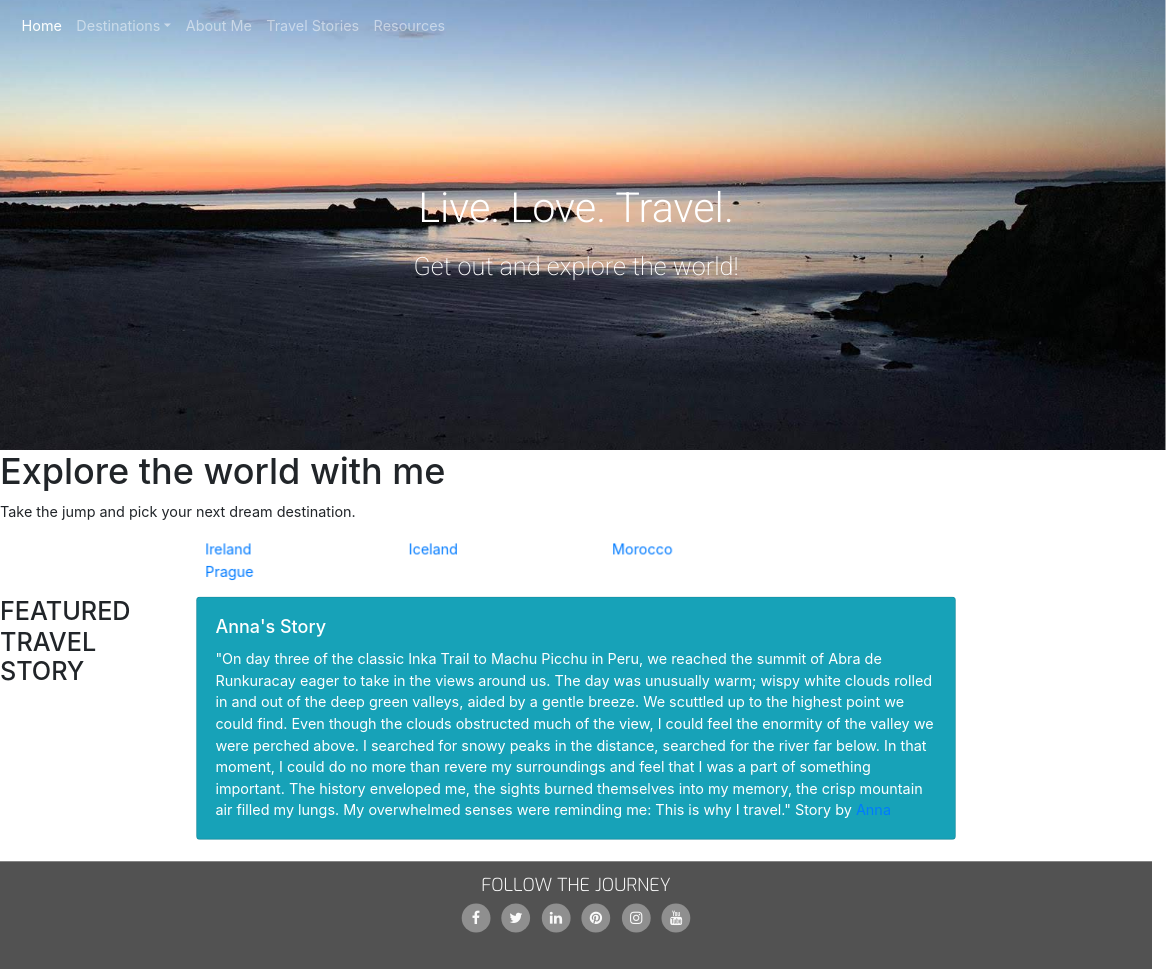
Repository: lhynes/User-Centric-Frontend-Development-Milestone-Project
Page: index.html
The author's editor kept a record of every edit. The page is drawn from the files as they stood at one moment, then again after the next edit.
The browser window is 1280 px wide. The page is 1295 px wide, so the pictures cover 1295 px, including what lies to the right of the window. The pictures show the whole page, at 90% of full size.
Some web libraries are served in a nearby version.

Above is the page before.

### index.html
<!DOCTYPE html>
<html lang="en">

<head>
    <meta charset="UTF-8">
    <meta name="viewport" content="width=device-width, initial-scale=1.0">
    <meta http-equiv="X-UA-Compatible" content="ie=edge">
    <!--access exrtenal links - bootstrap cdn - https://www.bootstrapcdn.com/-->
    <link rel="stylesheet" href="https://stackpath.bootstrapcdn.com/bootstrap/4.3.1/css/bootstrap.min.css" type="text/css" />
    <script src="https://ajax.googleapis.com/ajax/libs/jquery/3.3.1/jquery.min.js"></script>
    <script src="https://cdnjs.cloudflare.com/ajax/libs/popper.js/1.12.9/umd/popper.min.js"></script>
    <script src="https://maxcdn.bootstrapcdn.com/bootstrap/4.0.0/js/bootstrap.min.js"></script>




    <!--access exrtenal links - fontAwesome cdn - https://www.bootstrapcdn.com/-->
    <link rel="stylesheet" href="https://stackpath.bootstrapcdn.com/font-awesome/4.7.0/css/font-awesome.min.css" type="text/css" />
    <!--CdN to access hover CSS-->
    <link rel="stylesheet" href="https://cdnjs.cloudflare.com/ajax/libs/hover.css/2.3.1/css/hover-min.css" type="text/css" />
    <!-- project CSS style sheet-->
    <link rel="stylesheet" href="assets/css/style.css" type="text/css" />
    <script src="//maxcdn.bootstrapcdn.com/bootstrap/3.3.0/js/bootstrap.min.js"></script>
    <script src="//code.jquery.com/jquery-1.11.1.min.js"></script>
    <title>Live.Love.Travel.</title>
</head>

<body>
    <header>
        <!-- hero image and nagivation section-->
        <div class="row hero">
            <!--nav-->
            <div class="col-md-12">
                <!--Navbar - https://mdbootstrap.com/snippets/jquery/ascensus/145608-->
                <nav class="navbar navbar-expand-lg navbar-dark primary-color">
                    <!-- Collapse button to ensure correct for mobile view -->
                    <button class="navbar-toggler" type="button" data-toggle="collapse" data-target="#basicExampleNav" aria-controls="basicExampleNav" aria-expanded="false" aria-label="Toggle navigation">
        <span class="navbar-toggler-icon"></span>
      </button>

                    <!-- Collapsible content -->
                    <div class="collapse navbar-collapse" id="basicExampleNav">

                        <!-- Links -->
                        <ul class="navbar-nav mr-auto">
                            <li class="nav-item active">
                                <a class="nav-link" href="index.html">Home
              <span class="sr-only">(current)</span>
            </a>
                            </li>

                            <!-- Dropdown for destinations -->
                            <li class="nav-item dropdown">
                                <a class="nav-link dropdown-toggle" id="navbarDropdownMenuLink1" data-toggle="dropdown" aria-haspopup="true" aria-expanded="false">Destinations</a>
                                <div class="dropdown-menu dropdown-primary" aria-labelledby="navbarDropdownMenuLink1">
                                    <a class="dropdown-item" href="ireland.html">Ireland</a>
                                    <a class="dropdown-item" href="iceland.html">Iceland</a>
                                    <a class="dropdown-item" href="morocco.html">Morocco</a>
                                    <a class="dropdown-item" href="prague.html">Prague</a>
                                </div>
                            </li>
                            <li class="nav-item">
                                <a class="nav-link" href="aboutme.html">About Me</a>
                            </li>


                            <li class="nav-item">
                                <a class="nav-link" href="travelstories">Travel Stories</a>
                            </li>
                            <li class="nav-item">
                                <a class="nav-link" href="resources">Resources</a>
                            </li>
                        </ul>
                </nav>

                </div>
                <!-- Tagline-->
                <div class="col-md-12">
                    <div class="row no-gutters bg-color-name-title">
                        <div class="col heading">
                            <h1 class="hero-title">Live. Love. Travel.</h1>
                            <h2 class="hero-subtitle">Get out and explore the world!</h2>
                        </div>
                    </div>
                </div>

            </div>
    </header>

    <!-- Main content section -->
    <section>
        <div class="row">
            <div class="col homepageWelcomeMessage">
                <h1> Explore the world with me</h1>
                <p>Take the jump and pick your next dream destination.
                </p>
            </div>
        </div>

        <div class="row no-gutters">
            <div class="col-md-2">

            </div>
            <div class="col-md-8">
                <ul id="destinationNav" class="list-inline destinationcontainer">
                    <li class="col-6 col-sm-3 ui-destination-ireland list-inline-item menuitem">
                        <a href="ireland.html" class="hvr-sweep-to-bottom"><span>Ireland</span></a>
                    </li>

                    <li class="col-6 col-sm-3 ui-menu-destination-iceland list-inline-item menuitem">
                        <a href="iceland.html" class="hvr-sweep-to-bottom"><span>Iceland</span></a>
                    </li>

                    <li class="col-6 col-sm-3 ui-menu-destination-morocco list-inline-item menuitem">
                        <a href="morocco.html" class="hvr-sweep-to-bottom"><span>Morocco</span></a>
                    </li>
                    <li class="col-6 col-sm-3 ui-menu-destination-prague list-inline-item menuitem">
                        <a href="prague.html" target="_blank" class="hvr-sweep-to-bottom"><span>Prague</span></a>
                    </li>
                </ul>
            </div>
            <div class="col-md-2"></div>
        </div>
        <!--  <div class="row">
            <div class="col homepageWelcomeMessage">
                <h1> Featured Travel story</h1>
                <p>Take the jump and pick your next dream destination.
                </p>
            </div>
        </div>-->


        <div class="row featureTravelStorySection">
            <!--allow us to create a table structure so that our columns will remain the same height, regardless of content-->
            <!--he row-table class specifies the use of a table whereas section-column specifies the use of a table cell, which will give us evenly sized columns in terms of height.-->


            <div class="col-md-2  section-column">
                <div class="row">
                    <div class="col-12">
                        <h3 class="section-heading uppercase">
                            Featured Travel story
                        </h3>
                    </div>
                </div>


            </div>
            <!-- <div class="col-md-8 section-column">
                <div class="row">
                    <div class="col">
                       <div class="card">
                            <div class="card-body"> "On day three of the classic Inka Trail to Machu Picchu in Peru, we reached the summit of Abra de Runkuracay eager to take in the views around us. The day was unusually warm; wispy white clouds rolled in and out of the deep
                                green valleys, aided by a gentle breeze. We scuttled up to the highest point we could find. Even though the clouds obstructed much of the view, I could feel the enormity of the valley we were perched above. I searched for
                                snowy peaks in the distance, searched for the river far below. In that moment, I could do no more than revere my surroundings and feel that I was a part of something important. The history enveloped me, the sights burned
                                themselves into my memory, the crisp mountain air filled my lungs. My overwhelmed senses were reminding me: This is why I travel." Story by <a href="https://hostelgeeks.com/machu-picchus-gigantic-aura-reminder-travel/"
                                    target="_blank">Anna</a> </div>
                        </div>

                    </div>
                </div>

            </div>-->
                        <div class="col-sm-8">
                            <div class="card text-white bg-info mb-4">
                                <div class="card-body">
                                    <h5 class="card-title">Anna's Story</h5>
                                    <p class="card-text">"On day three of the classic Inka Trail to Machu Picchu in Peru, we reached the summit of Abra de Runkuracay eager to take in the views around us. The day was unusually warm; wispy white clouds rolled in and out of
                                        the deep green valleys, aided by a gentle breeze. We scuttled up to the highest point we could find. Even though the clouds obstructed much of the view, I could feel the enormity of the valley we were perched above.
                                        I searched for snowy peaks in the distance, searched for the river far below. In that moment, I could do no more than revere my surroundings and feel that I was a part of something important. The history enveloped
                                        me, the sights burned themselves into my memory, the crisp mountain air filled my lungs. My overwhelmed senses were reminding me: This is why I travel." Story by <a href="https://hostelgeeks.com/machu-picchus-gigantic-aura-reminder-travel/"
                                            target="_blank">Anna</a></p>
                                </div>
                            </div>
                        </div>





    </section>
    <!--Footer section-->
    <footer class="container-fluid">
        <!--full width flexible container-->
        <div id="footer-details" class="row">
            <div class="col-sm-12">
                <h5 class="uppercase general-sub">Follow the Journey</h5>
                <ul class="list-inline social-links">
                    <li class="list-inline-item">
                        <!-- every list-inline in boostrap needs a list-inline item-->
                        <a target="_blank" href="">
                            <i class="fa fa-facebook" aria-hidden="true"></i>
                            <span class="sr-only">Facebook</span>
                        </a>
                    </li>
                    <li class="list-inline-item">
                        <a target="_blank" href="#">
                            <i class="fa fa-twitter" aria-hidden="true"></i>
                            <span class="sr-only">Twitter</span>
                        </a>
                    </li>
                    <li class="list-inline-item">
                        <a target="_blank" href="#">
                            <i class="fa fa-linkedin" aria-hidden="true"></i>
                            <span class="sr-only">LinkedIn</span>
                        </a>
                    </li>
                    <li class="list-inline-item">
                        <a target="_blank" href="#">
                            <i class="fa fa-pinterest" aria-hidden="true"></i>
                            <span class="sr-only">Pinterest</span>
                        </a>
                    </li>
                    <li class="list-inline-item">
                        <a target="_blank" href="#">
                            <i class="fa fa-instagram" aria-hidden="true"></i>
                            <span class="sr-only">Instagram</span>
                        </a>
                    </li>
                    <li class="list-inline-item">
                        <a target="_blank" href="#">
                            <i class="fa fa-youtube" aria-hidden="true"></i>
                            <span class="sr-only">YouTube</span>
                        </a>
                    </li>
                </ul>
            </div>

        </div>

    </footer>


</body>

</html>

### assets/css/style.css
@import url('https://fonts.googleapis.com/css?family=Roboto:100,200,300,400,500,600,700|Exo:100,200,300,400,500,600,700');

/*-----------------------------------Colours */

.bg-color-hero {
    background-color: red;
    color: #ffffff;
}

/*-----------------------------------Special paddings/margins/text - General CSS area used more than once through out the site */

.uppercase {
    text-transform: uppercase;
}

.general-sub {
    font-family: "Exo", sans-serif;
    font-weight: 300;
    color: #fafafa;

}


/*-----------------------------------Heading */

.hero {
    background: url("../images/morning.jpg");
    text-align: center;
    background-position: center;
    background-repeat: no-repeat;
    background-size: cover;
    min-height: 500px;
    transition: all .5s ease-in-out;
    -moz-transition: all .5s ease-in-out;
    -webkit-transition: all .5s ease-in-out;

}

.hero-title {
    font-family: "Roboto", sans-seriif;
    font-weight: 300;
    font-size: 46px;
    margin-top: 50px;
    color: #ffffff;
}

.hero-subtitle {
    font-family: "Roboto", sans-seriif;
    font-weight: 200;
    font-size: 28px;
    margin-top: 20px;
    margin-bottom: 90px;
    color: #ffffff;
}


/*-----------------------------------Hover.css */

/*-----------------------------------Home */

/*-----------------------------------About Me*/

/*-----------------------------------Destinations*/

/*-----------------------------------Travel Stories*/

/*-----------------------------------Resources*/

/*-----------------------------------Footer styles */

footer {
    background-color: #525252;
    color: #fafafa;
    min-height: 120px;
    margin: 0;
    text-align: center;
    padding-top: 15px;
}


.social-links {
    padding-bottom: 15px;

}

.social-links li a i {
    width: 32px;
    height: 32px;
    padding: 12px 0;
    border-radius: 50%;
    line-height: 7px;
    text-align: center;
    color: #fafafa;
    background: #8f8f8f;
    -moz-transition: all 0.35s ease-in-out;
    -webkit-transition: all 0.35s ease-in-out;
    -o-transition: all 0.35s ease-in-out;
}

.social-links li a i:hover {
    background-color: blue;
}



/*-----------------------------------Media Queries*/

After the next edit:
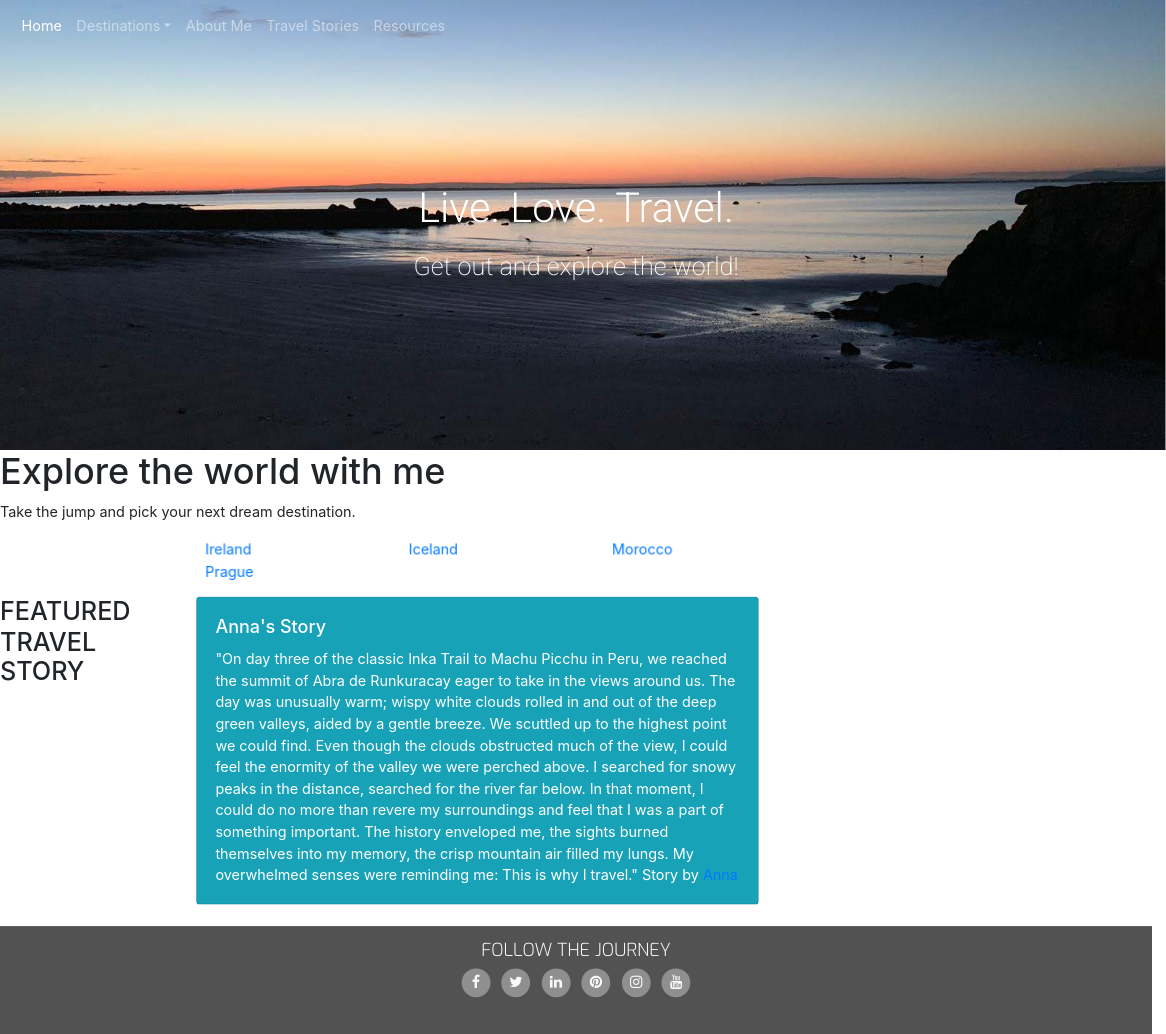
The edit:
--- a/index.html
+++ b/index.html
@@ -161,7 +161,7 @@
                 </div>
 
             </div>-->
-                        <div class="col-sm-8">
+                        <div class="col-sm-6">
                             <div class="card text-white bg-info mb-4">
                                 <div class="card-body">
                                     <h5 class="card-title">Anna's Story</h5>
